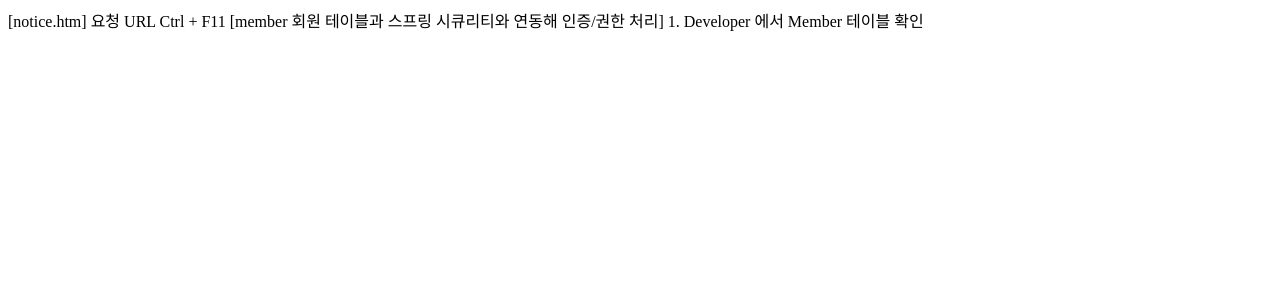
Repository: Vida0822/-
Page: SL11_SECURITY2_JDBC/src/main/webapp/customer/notice.htm
These files come from the project's save history. The page is drawn as it stood at one moment and after the next save; the edit follows.
The browser window is 1280 px wide. The pictures show the whole page.

Above is the page before, as saved 2023-07-05 00:22:22.

After the next save:
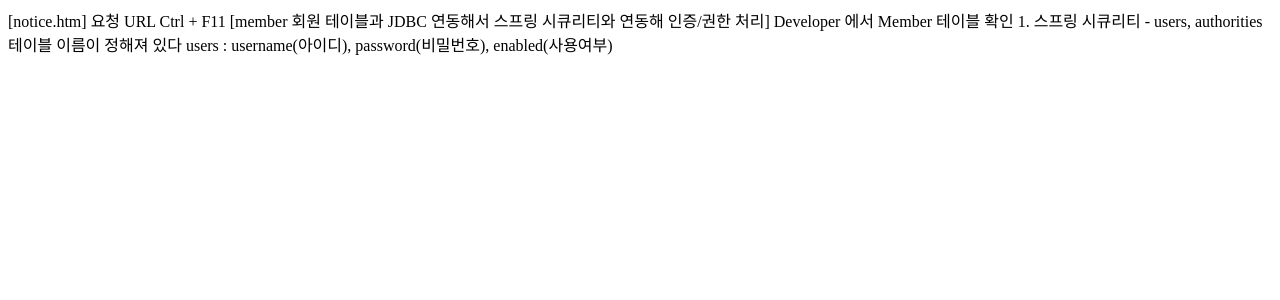
Saved 3 min 48 s later.
--- a/SL11_SECURITY2_JDBC/src/main/webapp/customer/notice.htm
+++ b/SL11_SECURITY2_JDBC/src/main/webapp/customer/notice.htm
@@ -1,7 +1,10 @@
 [notice.htm] 요청 URL
 Ctrl + F11
 
-[member 회원 테이블과 스프링 시큐리티와 연동해 인증/권한 처리]
+[member 회원 테이블과 JDBC 연동해서 스프링 시큐리티와 연동해 인증/권한 처리]
 
+ Developer 에서 Member 테이블 확인
 
-1. Developer 에서 Member 테이블 확인
+1. 스프링 시큐리티 -  users, authorities 테이블 이름이 정해져 있다
+
+	users : username(아이디), password(비밀번호), enabled(사용여부)
